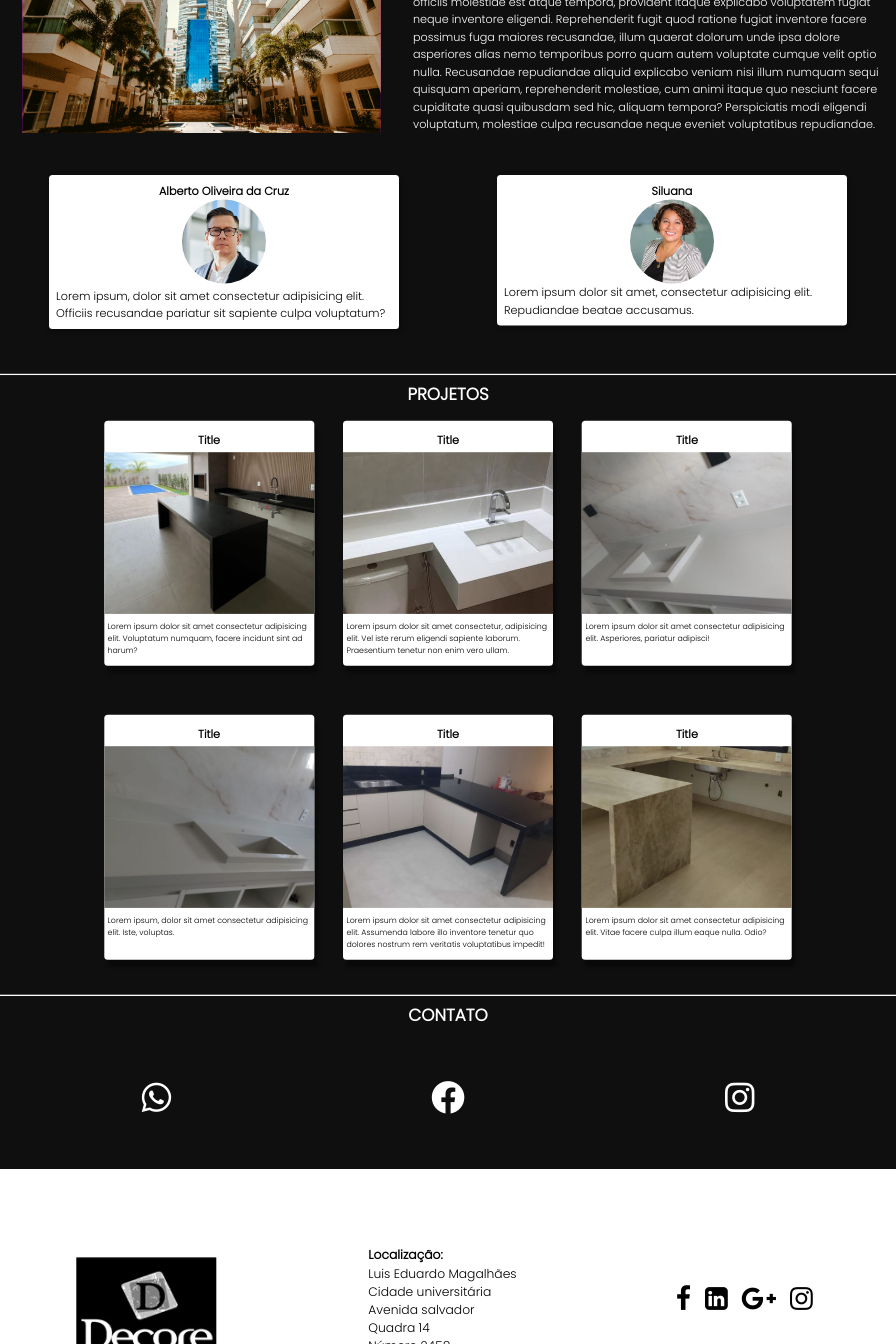
Repository: XFERRER7/projeto-xt7
Page: projetoMarmoraria/index.html
These files come from the project's save history. The page is drawn as it stood at one moment and after the next save; the edit follows.
The browser window is 1280 px wide. The pictures show the part of the page from y = 930 to 2850 px (the page is 3020 px tall before and 3022 px after), at 70% of full size.
Some web libraries are served in a nearby version.

Above is the page before, as saved 2022-05-10 15:43:38.

After the next save:
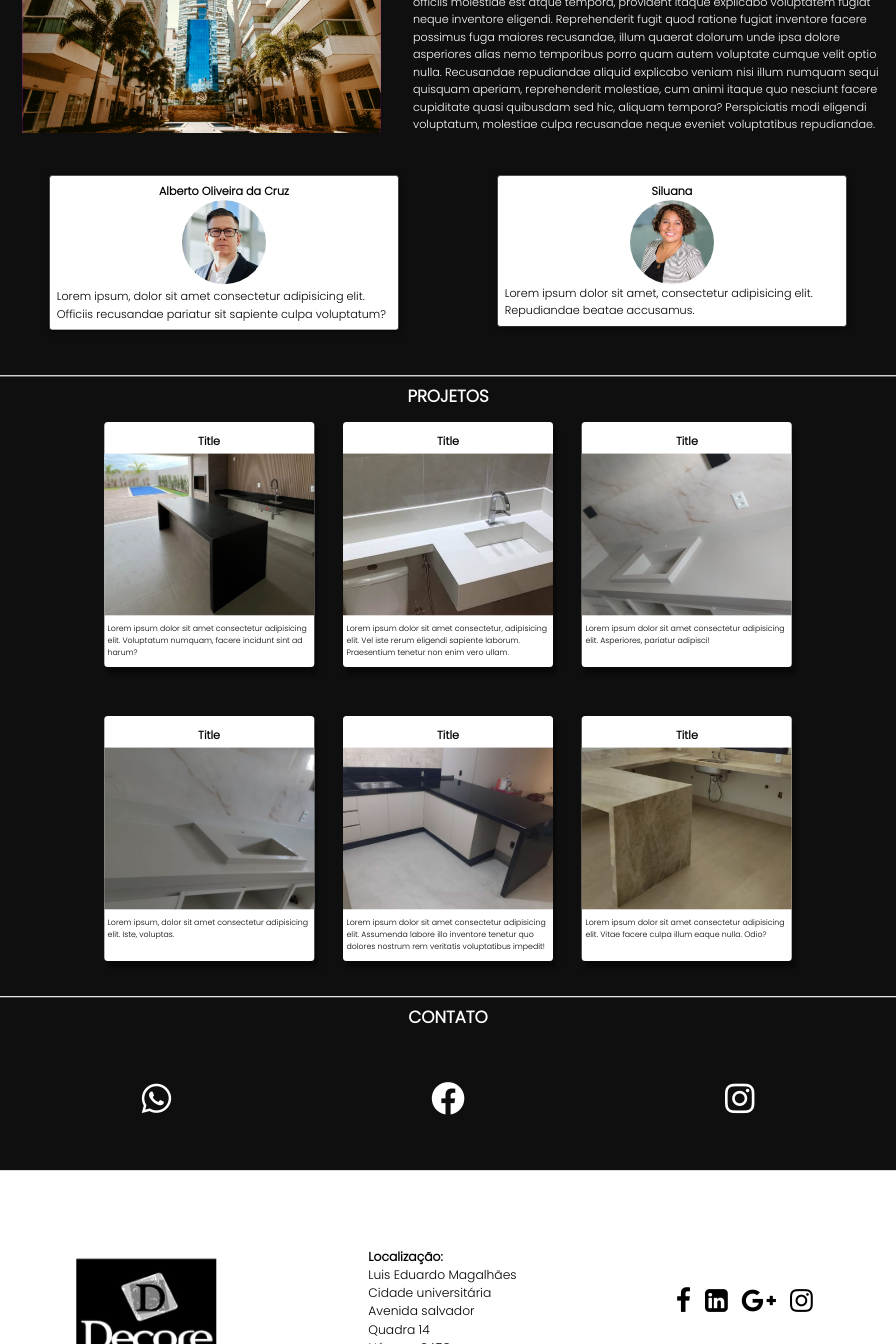
Saved 5 s later.
--- a/projetoMarmoraria/css/style.css
+++ b/projetoMarmoraria/css/style.css
@@ -295,7 +295,7 @@ main {
 
 .about-person {
   background-color: #ffffff;
-  border: 1;
+  border: 1px solid black;
   color: #000000;
   box-shadow: 2px 2px 8px rgba(0, 0, 0, 0.438);
   border-radius: 5px;
